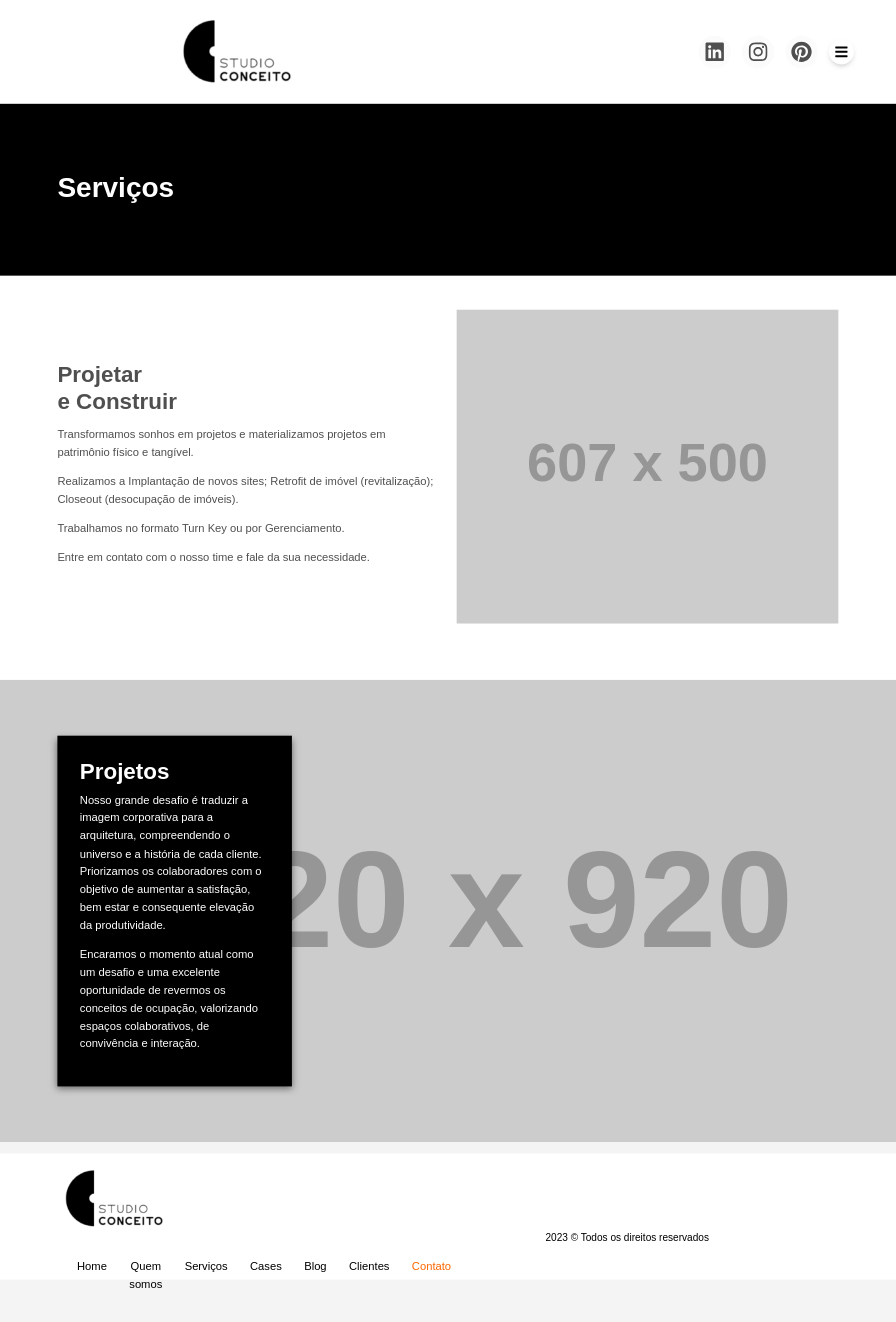
Repository: Upstairs-Agencia/studio-conceito-react
Page: /servicos
These files come from the project's save history. The page is drawn as it stood at one moment and after the next save; the edit follows.
The browser window is 1280 px wide. The pictures show the whole page, at 70% of full size.
The project was rebuilt for these pictures with package versions that can differ from the ones it lists, and the page was loaded fresh each time. Also part of the build but not shown: src/pages/Home.js, src/pages/QuemSomos.js, src/pages/Cases.js, src/pages/Blog.js, src/pages/Clientes.js, src/pages/Contato.js.

Above is the page before, as saved 2024-12-28 03:24:35.

After the next save:
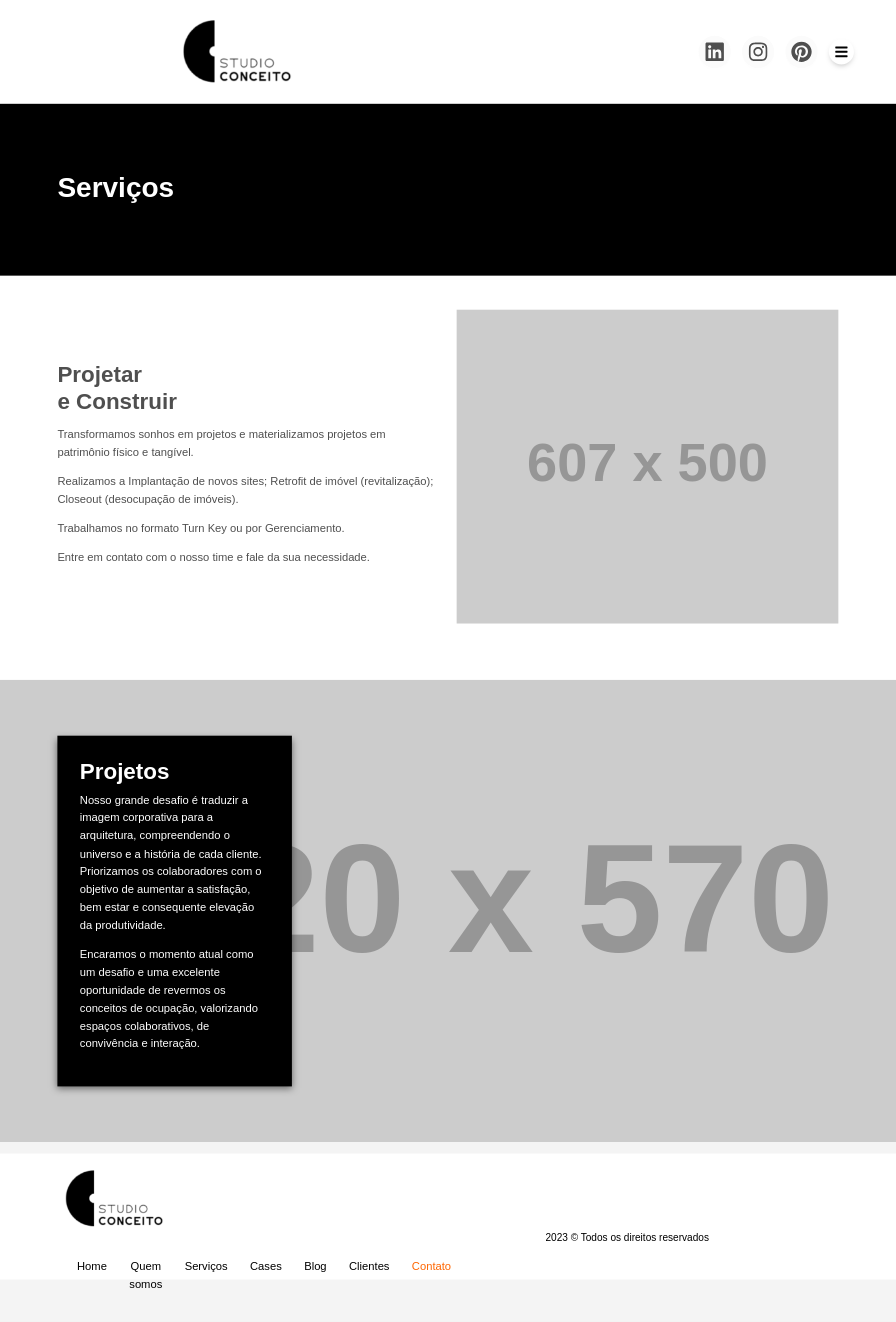
Saved 32 s later.
--- a/src/pages/Servicos.js
+++ b/src/pages/Servicos.js
@@ -4,7 +4,7 @@ import Navbar from '../components/navbar';
 import Footer from '../components/footer';
 
 const placeholderImage1 = 'https://placehold.co/607x500'; // Imagem ao lado do texto
-const placeholderImage2 = 'https://placehold.co/1920x920'; // Imagem de fundo
+const placeholderImage2 = 'https://placehold.co/1920x570'; // Imagem de fundo
 
 const Servicos = () => {
   return (
